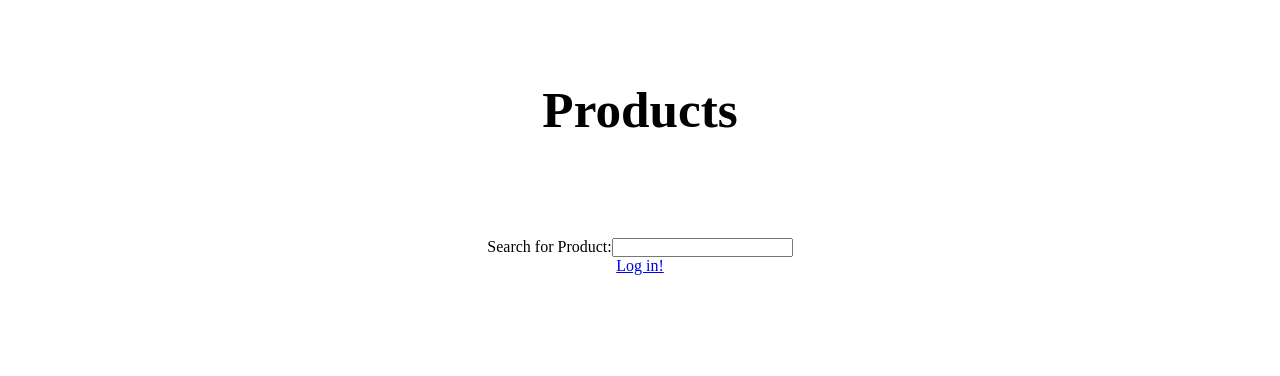
Repository: Andres513/CapStone
Page: /
An editor plug-in stored every save of this project. The page is shown before and after a run of saves, followed by the edit.
The browser window is 1280 px wide. The pictures show the whole page.
The page's requests for data from a server got no answer. The project was rebuilt for these pictures with package versions that can differ from the ones it lists, and the page was loaded fresh each time. No one was signed in, and anything a server would have sent is missing. Also part of the build but not shown: vite.config.js, src/components/Login.jsx, src/components/SingleProduct.jsx.

Above is the page before, as saved 2024-04-03 11:43:21.

### src/App.jsx
import { useState } from 'react'
import FetchProducts from './components/FetchProducts'
import './App.css'
import { Routes, Route } from 'react-router-dom'
import Login from './components/Login'
import SingleProduct from './components/SingleProduct'

function App() {
const [ token, setToken ] = useState(null)
const [ email, setEmail ] = useState('')
const [ password, setPassword ] = useState('')


const handleSetState=(newToken)=>{
    setToken(newToken)
}
  return (
    <>
    <Routes>
      <Route path="/login" element={<Login token={token} setToken={handleSetState} email={email} setEmail={setEmail} password={password} setPassword={setPassword}/>}/>
      <Route path="/" element={<FetchProducts token={token}/>}/>
      <Route path="/products/:id" element={<SingleProduct token={token}/>}/>
    </Routes>
    </>
  )
}

export default App

### src/index.css

* {
  margin: 0;
  padding: 0;
  box-sizing: border-box;
}
h1 {
  font-size: 3.2em;
  line-height: 1.1;
  padding-top: 50px;
  padding-bottom: 100px;
}
img {
  width: 250px;
  height: 400px;
}
.single-product > img {
  height: 60%;
  width: 60%;
  padding-top: 50px;
  padding-bottom: 50px;
}
.items-container {
  display: grid;
  grid-template-columns: repeat(auto-fill, minmax(200px, 1fr));
  grid-gap: 100px;
  padding-top: 50px;
}
button {
  border-radius: 8px;
  border: 1px solid transparent;
  padding: 0.6em 1.2em;
  font-size: 1em;
  font-weight: 500;
  font-family: inherit;
  background-color: lightblue;
  cursor: pointer;
  transition: border-color 0.25s;
}

### src/components/FetchProducts.jsx
import { useEffect, useState } from "react"
import { Link, useAsyncError } from "react-router-dom"
import Login from "./Login"
import Filter from "./Filter"

export default function FetchProducts({token}){
    const [ error, setError ] = useState(null)
    const [ products, setProducts ] = useState([])
    const [ category, setCategory ] = useState('')
    const [ price, setPrice ] = useState('')
    const [ searched, setSearched ] = useState('')
    const [ filters, setFilters ] = useState({})

    useEffect(()=>{
        async function fetchProducts(){
        try {
            const response = await fetch('https://fakestoreapi.com/products')
            const result = await response.json()
            setProducts(result)
            setCategory(result.category)
            setPrice(result.price)
            console.log(products)


            } catch(error) {
                setError(error.message)
            }
        }
        fetchProducts()
    },[price])
    useEffect(()=>{
      console.log(products)
      console.log(category)
        console.log(price)
    },[token])

    const searchedProduct = products.filter((product) => {
         return product.title.toLowerCase().includes(searched.toLowerCase());
     });

     const applyFilter = (key, value) => {
        setFilters({...filteredProducts, [key]: value})
     }

     const filteredProducts = searchedProduct.filter((product) => {
        if (filters.category && product.category !== filters.category) {
          return false;
        }
        if (filters.price) {
          const [min, max] = filters.price.split("-");
          const price = parseFloat(product.price);
          if (price < parseFloat(min) || price > parseFloat(max)) {
            return false;
          }
        }
        return true;
      });

    return (
        <>
        <h1>Products</h1>
            <label className="search-bar">Search for Product:
                <input type="text" value={searched} onChange={(e) => setSearched(e.target.value)}/>
            </label><br/>
            <Filter
            products={products} category={category} price={price}/>
        <Link to="/login" element={<Login />}>Log in!</Link>
        <div className="items-container">
    {searchedProduct.map((product) => (
                <div key={product.id} className="item">
                    <h3>{product.title}</h3>
                    <img src={product.image} alt={product.title} /><br/>
                    <Link to={`/products/${product.id}`}>View Details</Link>
                </div>

            ))}
            </div>
        </>
    )
}

### src/components/Filter.jsx
import { useEffect, useState } from "react"

export default function Filter(){


    useEffect(()=>{

    },[])

    return (
        <>

        </>
    )
}

Loaded but not shown: index.html (common file); src/main.jsx (common file); src/App.css (common file)

After the next 2 saves:
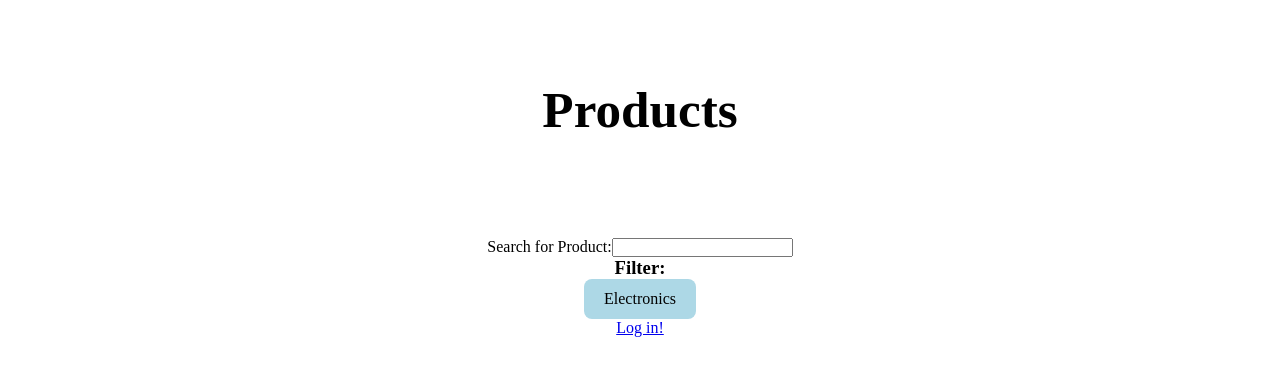
The 2 saves are shown as one change because 1 did not build or start.
The last was saved 16 min 17 s later.
--- a/src/components/Filter.jsx
+++ b/src/components/Filter.jsx
@@ -1,15 +1,17 @@
 import { useEffect, useState } from "react"
 
-export default function Filter(){
+export default function Filter({filterCategory, filterPrice}){
 
-
-    useEffect(()=>{
-
-    },[])
+    const categories = ['Electronics', 'Jewelry', 'Mens Clothing', 'Womens Clothing']
+    const priceRange = [ 'under $10', '$10 - $50', '$50 - $100', 'Over $100' ]
 
     return (
-        <>
+        <div>
+            <h3>Filter:</h3>
+            <div>
+            <button onClick={()=> handleFilterChange}>Electronics</button>
+            </div>
 
-        </>
+        </div>
     )
 }
